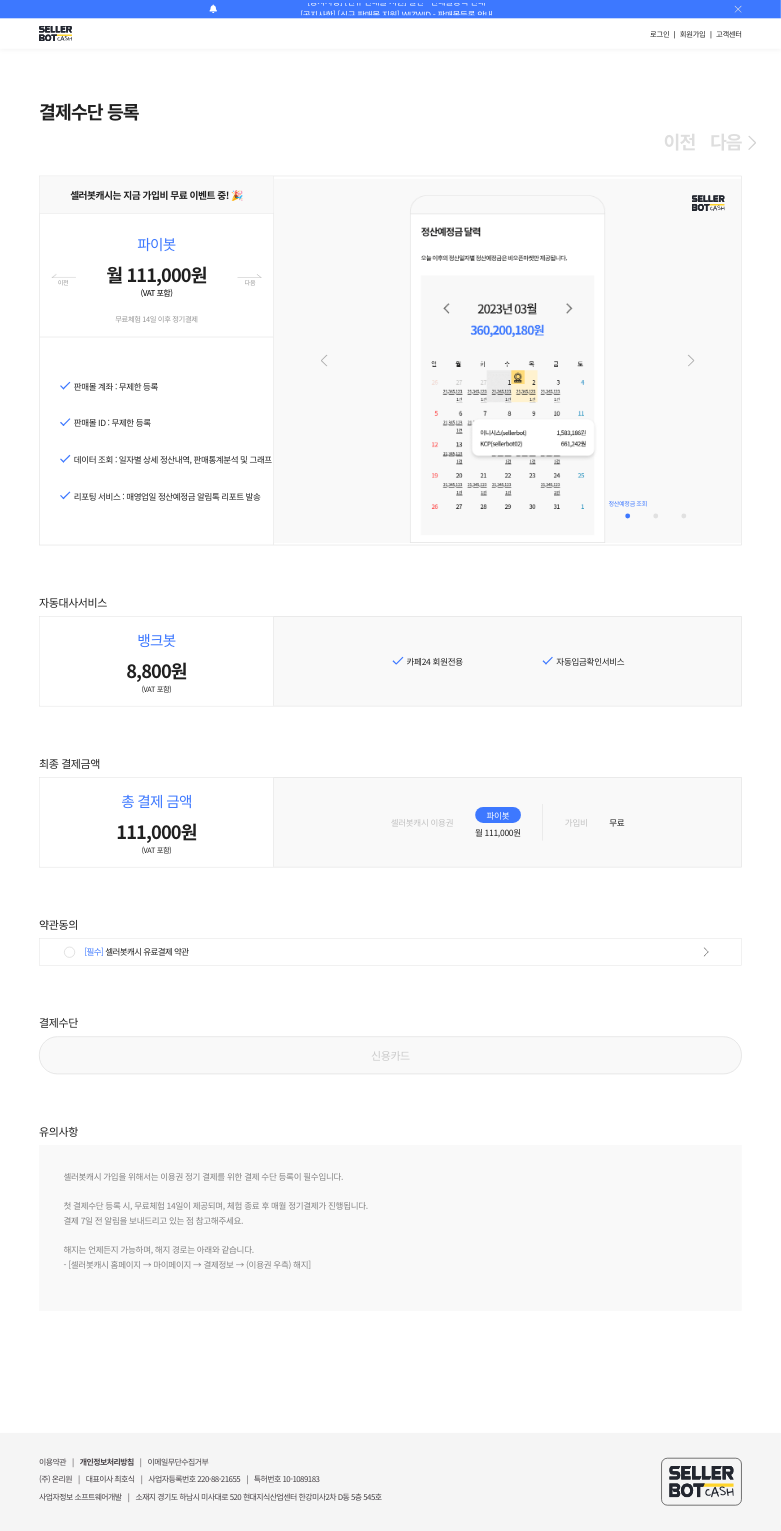
Repository: elemapfelr/ownServer
Page: test-server/web/sellerbot_signup/regPay_01.html
The author's editor kept a copy of each file at every save. The page is drawn from the files as they stood at one save, then again after the next save.
The browser window is 1280 px wide. The pictures show the whole page, at 61% of full size.
Some web libraries are served in a nearby version. The style sheet was rebuilt from its Sass, Less or Tailwind sources for each picture, by a compiler version that may differ from the author's.

Above is the page before, as saved 2023-03-21 10:39:38.

After the next save:
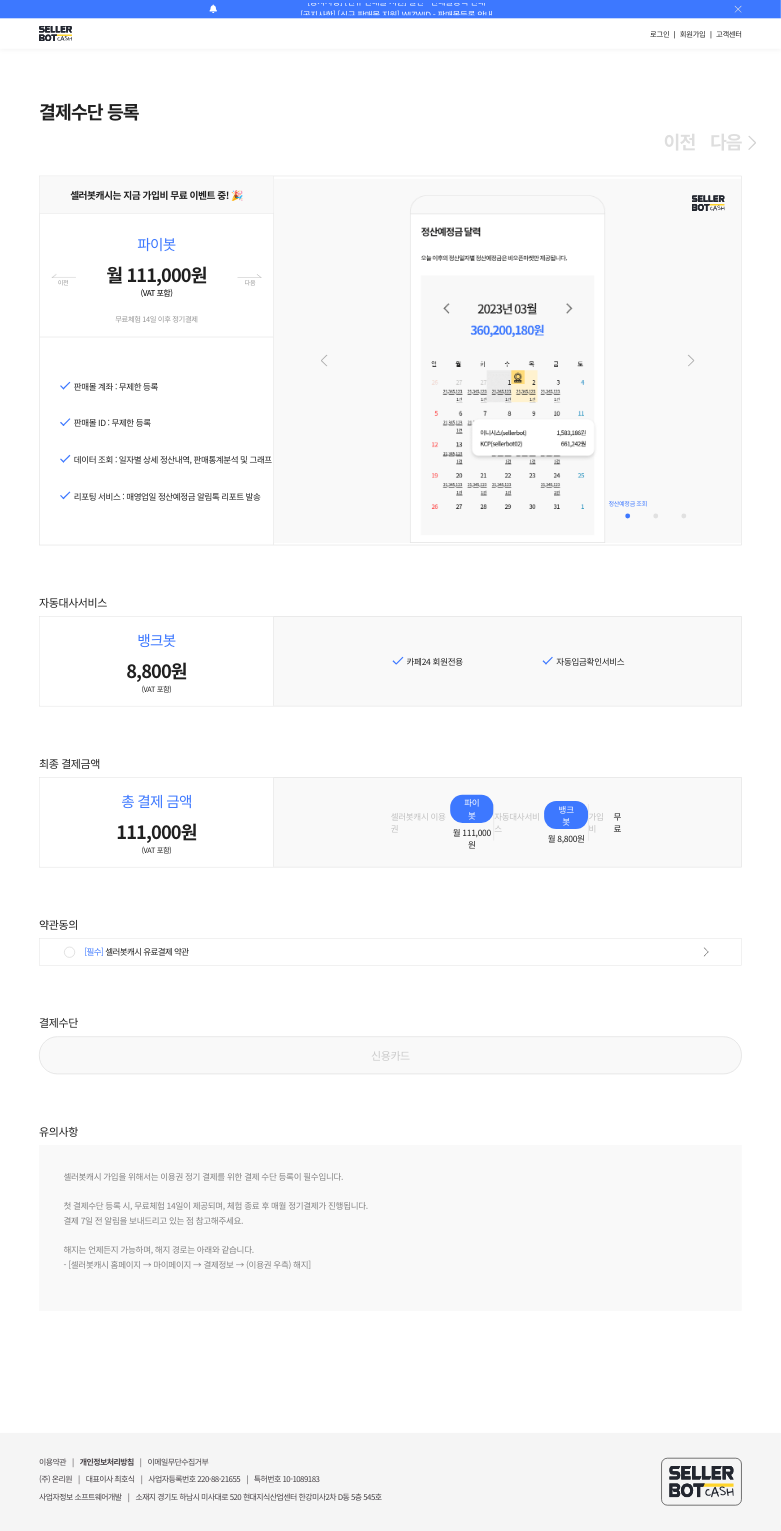
Saved 55 s later.
--- a/test-server/web/sellerbot_signup/regPay_01.html
+++ b/test-server/web/sellerbot_signup/regPay_01.html
@@ -238,6 +238,12 @@
 								<p id="ticketPrice">월 111,000원</p>
 							</div>
 							<span class="line"></span>
+							<p class="gray">자동대사서비스</p>
+							<div class="box">
+								<div class="blue" id="ticketName">뱅크봇</div>
+								<p id="ticketPrice">월 8,800원</p>
+							</div>
+							<span class="line"></span>
 							<p class="gray">가입비</p>
 							<p>무료</p>
 						</div>
